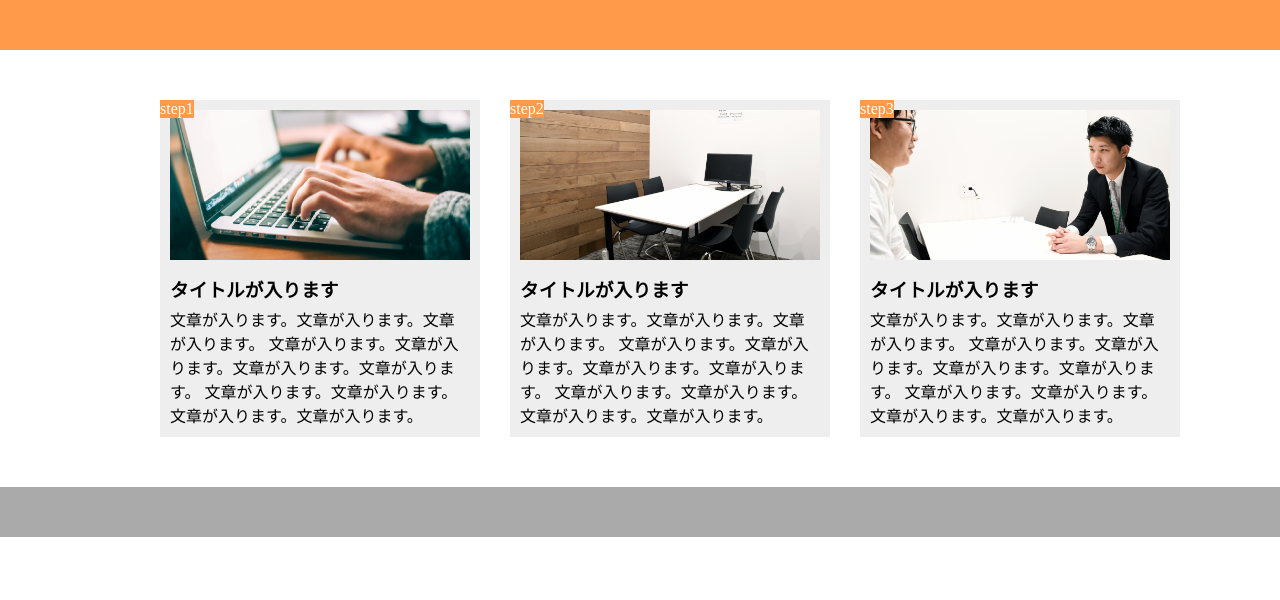
Repository: rhombus0516/bookers2-debug
Page: chapter9-2/chapter9-2.html
The author's editor kept a record of every edit. The page is drawn from the files as they stood at one moment, then again after the next edit.
The browser window is 1280 px wide. The pictures show the whole page.

Above is the page before.

### chapter9-2/chapter9-2.html
<!DOCTYPE html>
 <html lang="ja">
    <head>
     <meta charset="utf-8"/>
     <meta name="viewport" content="width=device-width,initial-scale=1">

        <link rel="stylesheet" href="chapter9-2.css">
        <title>chapter9</title>
    </head>

    <body>
        <header></header>

        <main>
            <div class="main-item">
                <div class="step1"></div>
                <span class="number">step1</span>
                <h3 class="title">タイトルが入ります</h3>
                <p class="text">文章が入ります。文章が入ります。文章が入ります。
                文章が入ります。文章が入ります。文章が入ります。文章が入ります。
                文章が入ります。文章が入ります。文章が入ります。文章が入ります。
                </p>
            </div>

            <div class="main-item">
                <div class="step2"></div>
                <span class="number">step2</span>
                <h3 class="title">タイトルが入ります</h3>
                <p class="text">文章が入ります。文章が入ります。文章が入ります。
                文章が入ります。文章が入ります。文章が入ります。文章が入ります。
                文章が入ります。文章が入ります。文章が入ります。文章が入ります。</p>
            </div>

            <div class="main-item">
                <div class="step3"></div>
                <span class="number">step3</span>
                <h3 class="title">タイトルが入ります</h3>
                <p class="text">文章が入ります。文章が入ります。文章が入ります。
                文章が入ります。文章が入ります。文章が入ります。文章が入ります。
                文章が入ります。文章が入ります。文章が入ります。文章が入ります。</p>
            </div>

        </main>

        <footer></footer>

    </body>
</html>

### chapter9-2/chapter9-2.css
*{
    margin: 0;
    padding: 0;
    box-sizing: border-box;
}

header{
    height: 50px;
    width: 100%;
    background-color: #FF9A4B;
}

main{
    margin: 50px auto;
    width: 960px;
    display: flex;
}

.main-item{
    width: 960px;
    background-color: #EEEEEE;
    padding: 10px 10px;
    margin-right: 30px;
    position: relative;
}

.step1{
    width: 300px;
    background-image: url(img1/flow01.png);
    background-position: bottom;
    background-size: cover;
    height: 150px;
}

.step2{
    width: 300px;
    background-image: url(img1/flow02.png);
    background-position: bottom;
    background-size: cover;
    height: 150px;
}

.step3{
    width: 300px;
    background-image: url(img1/flow03.png);
    background-position: bottom;
    background-size: cover;
    height: 150px;
}

.number{
    position: absolute;
    background-color: #FF9A4B;
    color: #fff;
    top: 0;
    left: 0;
}

.title{
    padding-top: 15px;
}

.text{
    padding-top: 5px;
}

footer{
    height: 50px;
    width: 100%;
    background-color: #AAAAAA;
}

@media screen and (max-width: 768px) {

    header{
        width: 100%;
    }

    main{
        display: block;
        width: 90%;
    }

    .main-item{
        margin-bottom:30px;
    }

    footer{
        width: 100%;
    }
}

After the next edit:
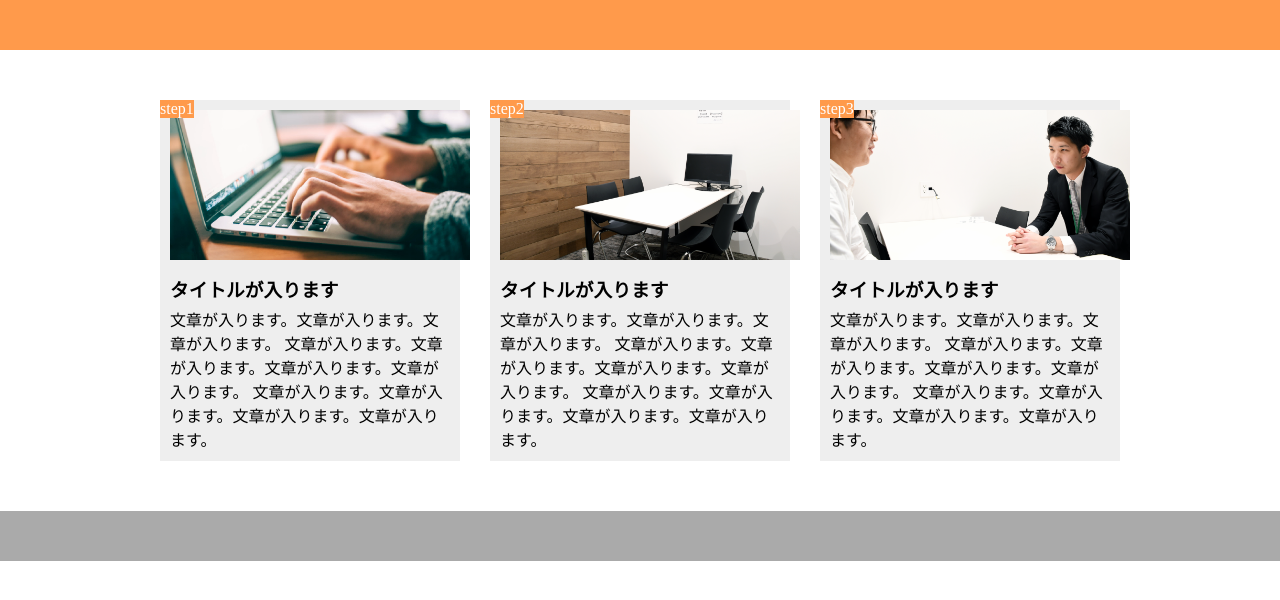
The edit:
--- a/chapter9-2/chapter9-2.css
+++ b/chapter9-2/chapter9-2.css
@@ -17,7 +17,7 @@
 }
 
 .main-item{
-    width: 960px;
+    width: 300px;
     background-color: #EEEEEE;
     padding: 10px 10px;
     margin-right: 30px;
